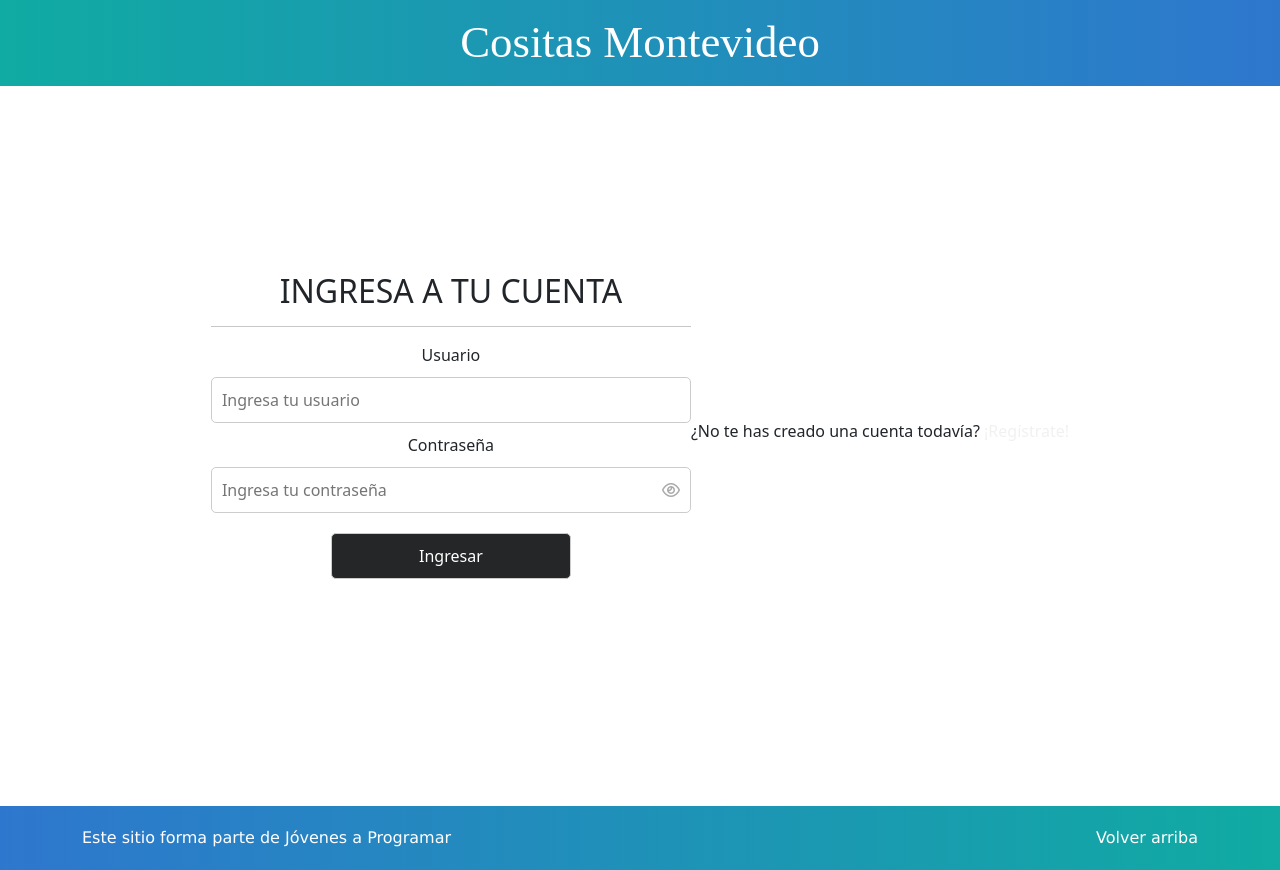
Repository: naticab/proyecto-dw
Page: login.html
These files come from the project's save history. The page is drawn as it stood at one moment and after the next save; the edit follows.
The browser window is 1280 px wide. The pictures show the whole page.
Some web fonts or font styles are not loaded; a fallback is used.

Above is the page before, as saved 2024-10-22 22:02:05.

After the next save:
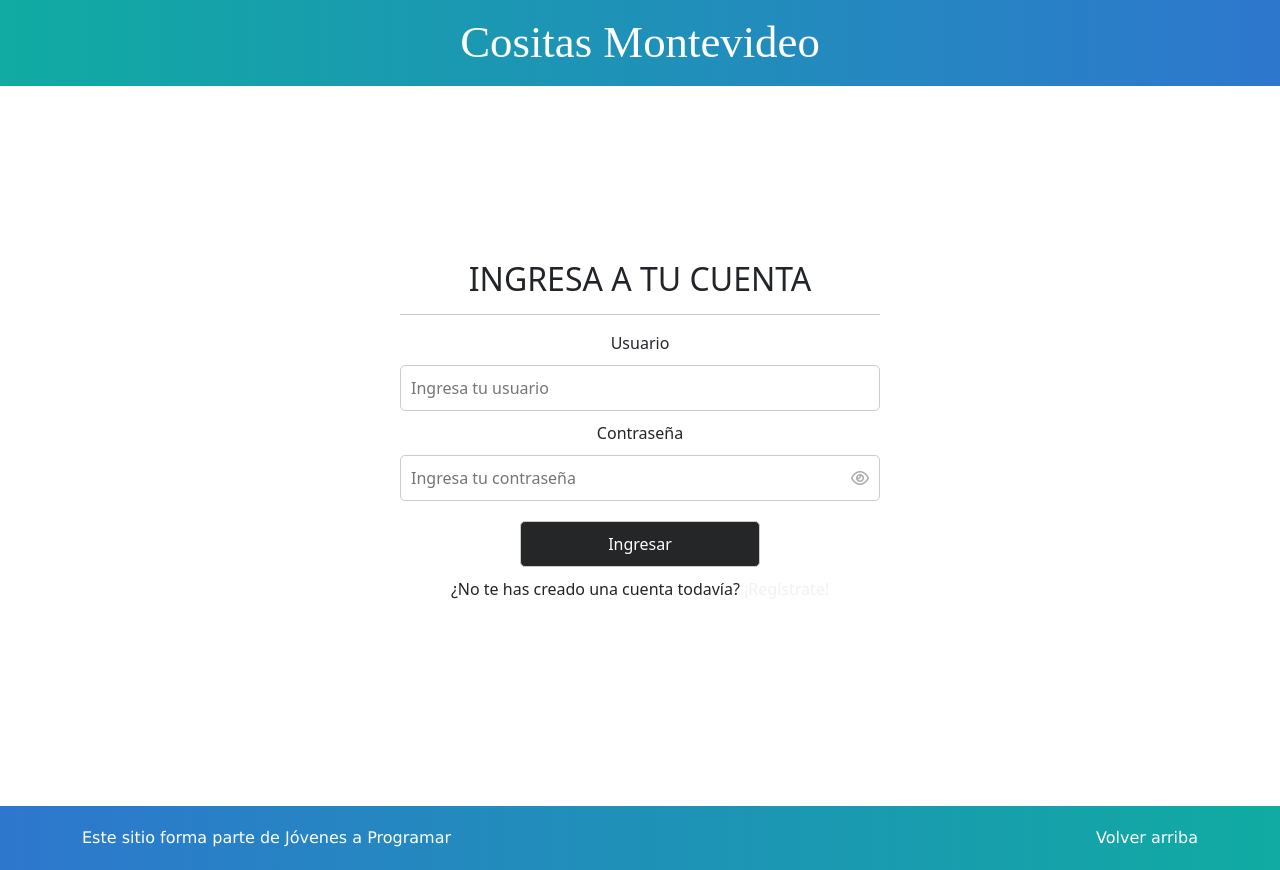
Saved 18 s later.
--- a/login.html
+++ b/login.html
@@ -39,9 +39,11 @@
       </div>
 
       <button type="submit" id="button">Ingresar</button>
+
+      <div>¿No te has creado una cuenta todavía? <a id="inicio" href="registration.html">¡Regístrate!</a></div>
+
     </div>
 
-      <div>¿No te has creado una cuenta todavía? <a id="inicio" href="registration.html">¡Regístrate!</a></div>
 
   </main>
 
